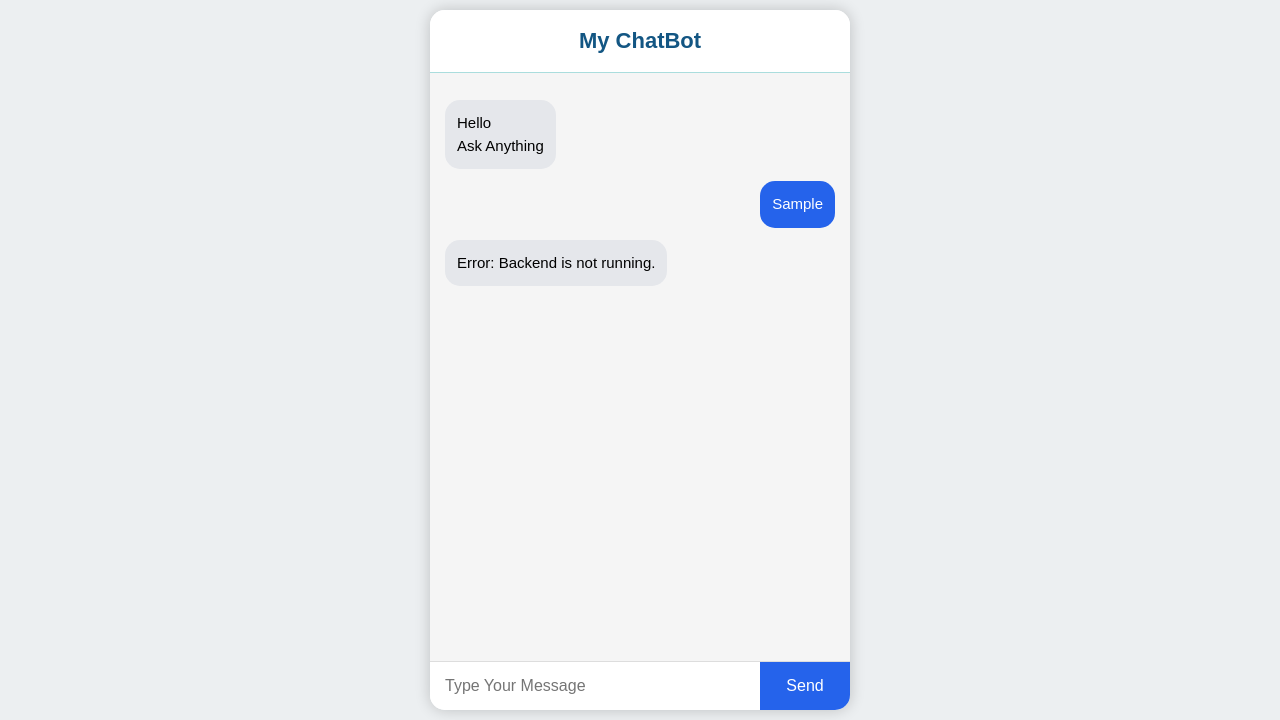
Repository: nt269782-web/Offline-ChatBot
Page: front.html
These files come from the project's save history. The page is drawn as it stood at one moment and after the next save; the edit follows.
The browser window is 1280 px wide. The pictures show the whole page.
Empty fields were first filled with sample values (such as "Sample", 5 or name@example.com).
After loading, the first visible `button` was clicked once.
The page's requests for data from a server got no answer.

Above is the page before, as saved 2026-07-08 13:11:20.

After the next save:
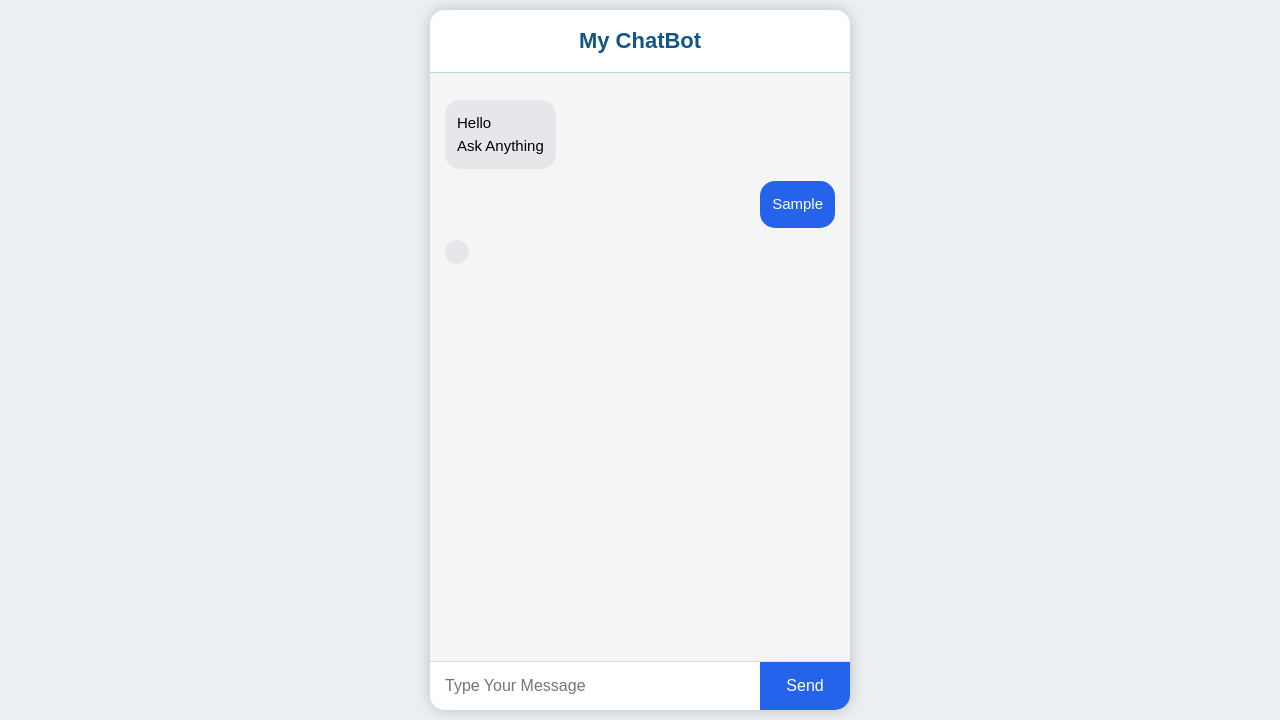
Saved 2 days later.
--- a/Java.js
+++ b/Java.js
@@ -46,7 +46,7 @@ function sendMessage() {
         chatBox.innerHTML += `
             <div class="message bot">
                 <div class="bubble">
-                    Error: Backend is not running.
+
                 </div>
             </div>
         `;
